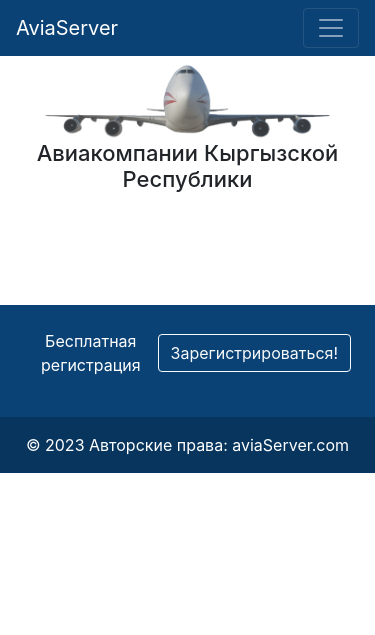
Repository: sulimonn/aviaServer
Page: products/templates/products/index.html
An editor plug-in stored every save of this project. The page is shown before and after the next save, followed by the edit.
The browser window is 375 px wide. The pictures show the whole page.
Some web libraries are served in a nearby version. The template is drawn by Django 4.2. The application's start-up code is not run. The template is opened directly, without the code that normally fills it, so the values that code supplies are empty.

Above is the page before, as saved 2023-08-14 21:26:11.

After the next save:
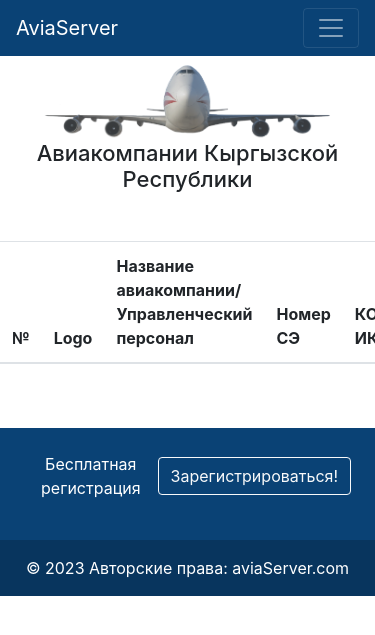
Saved 2 min 1 s later.
--- a/static/css/products.css
+++ b/static/css/products.css
@@ -9,45 +9,9 @@ body {
     .main-label h1{
         font-size: 22px;
     }
-    .table{
+    .table-responsive{
         display: block !important;
         overflow-x: auto !important;
         width: 100vw !important;
       }
 }
-@media
-only screen and (max-width: 760px),
-(min-device-width: 768px) and (max-device-width: 1024px)  {
-
-	/* Force table to not be like tables anymore */
-	table, thead, tbody, th, td, tr {
-		display: block;
-	}
-
-	/* Hide table headers (but not display: none;, for accessibility) */
-	thead tr {
-		position: absolute;
-		top: -9999px;
-		left: -9999px;
-	}
-
-	tr { border: 1px solid #ccc; }
-
-	td {
-		/* Behave  like a "row" */
-		border: none;
-		border-bottom: 1px solid #eee;
-		position: relative;
-		padding-left: 50%;
-	}
-
-	td:before {
-		/* Now like a table header */
-		position: absolute;
-		/* Top/left values mimic padding */
-		top: 6px;
-		left: 6px;
-		width: 45%;
-		padding-right: 10px;
-		white-space: nowrap;
-	}
